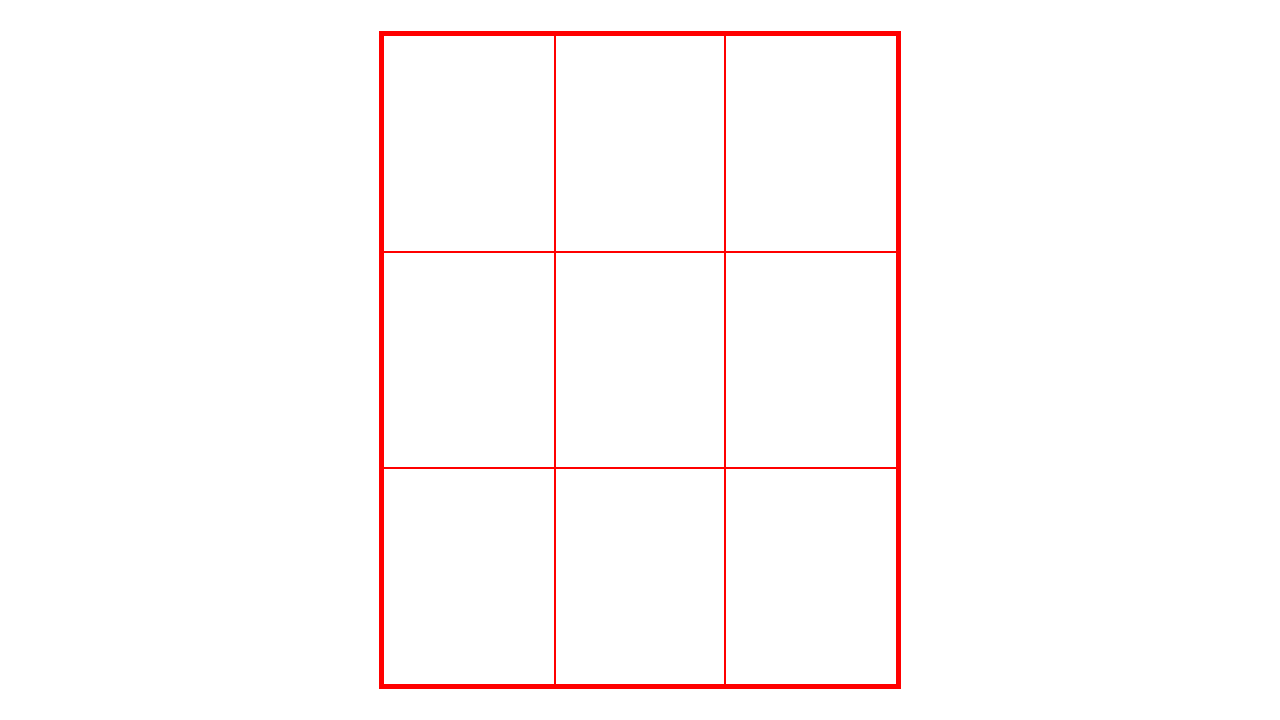
Repository: kocokoy/TOP-tic-tac-toe
Page: index.html
These files come from the project's save history. The page is drawn as it stood at one moment and after the next save; the edit follows.
The browser window is 1280 px wide. The pictures show the whole page.

Above is the page before, as saved 2024-11-07 14:50:58.

### index.html
<!DOCTYPE html>
<html lang="en">
<head>
  <meta charset="UTF-8">
  <meta name="viewport" content="width=device-width, initial-scale=1.0">
  <link rel="stylesheet" href="/styles/style.css">
  <title>Document</title>
</head>
<body>
 <div class='container'>
  <div class="gameboard">

  </div>
 </div>
<script src="/javascripts/scripts.js"></script>
</body>
</html>

### styles/style.css
body{
  padding: 0;
  margin: 0;
  height: 100vh;
  font-family: Arial, Helvetica, sans-serif;
}
.container{
  height:100%;
  display: flex;
  justify-content: center;
  align-items: center;
}
.gameboard{
  display: grid;
  grid-template-columns: 1fr 1fr 1fr;
  justify-items: center;
  align-items: center;
  border: 5px solid red;
  width: 40%;
  height: 90%;
}
.gameboard div{
  border: 1px solid red;
  height:100%;
  width: 100%;
  cursor: pointer;
  color: tomato;
  display: flex;
  justify-content: center;
  align-items: center;
  font-size: 100px;
}

### javascripts/scripts.js
const gameBoardElement = document.querySelector('.gameboard');

const gameBoard = {
  gameBoard : ['','','','','','','','','']
}
const players = {
  player1: 'X',
  player2: 'O',
}

startGame();

function startGame(){
  createGameBoard();
  gameBoardBoxClicked();
}

function createGameBoard(){
  for(let i = 0; i < 9; i++){
    const div = document.createElement('div');
    div.setAttribute('data-id',i);
    gameBoardElement.appendChild(div);
  }
}

function gameBoardBoxClicked(){
  gameBoardElement.addEventListener('click', (e) => {
    const boxClicked = e.target;
    boxClicked.textContent = 'X'
  })
}

After the next save:
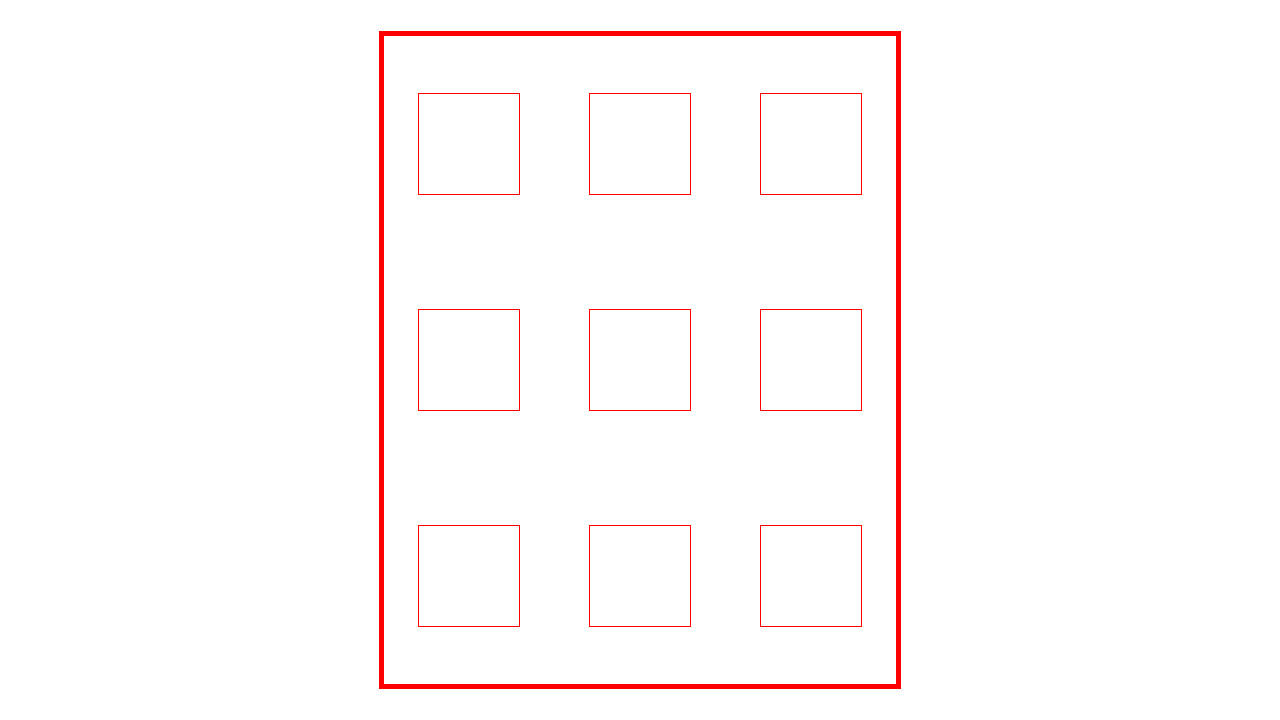
Saved 16 s later.
--- a/styles/style.css
+++ b/styles/style.css
@@ -21,8 +21,8 @@ body{
 }
 .gameboard div{
   border: 1px solid red;
-  height:100%;
-  width: 100%;
+  height: 100px;
+  width: 100px;
   cursor: pointer;
   color: tomato;
   display: flex;
